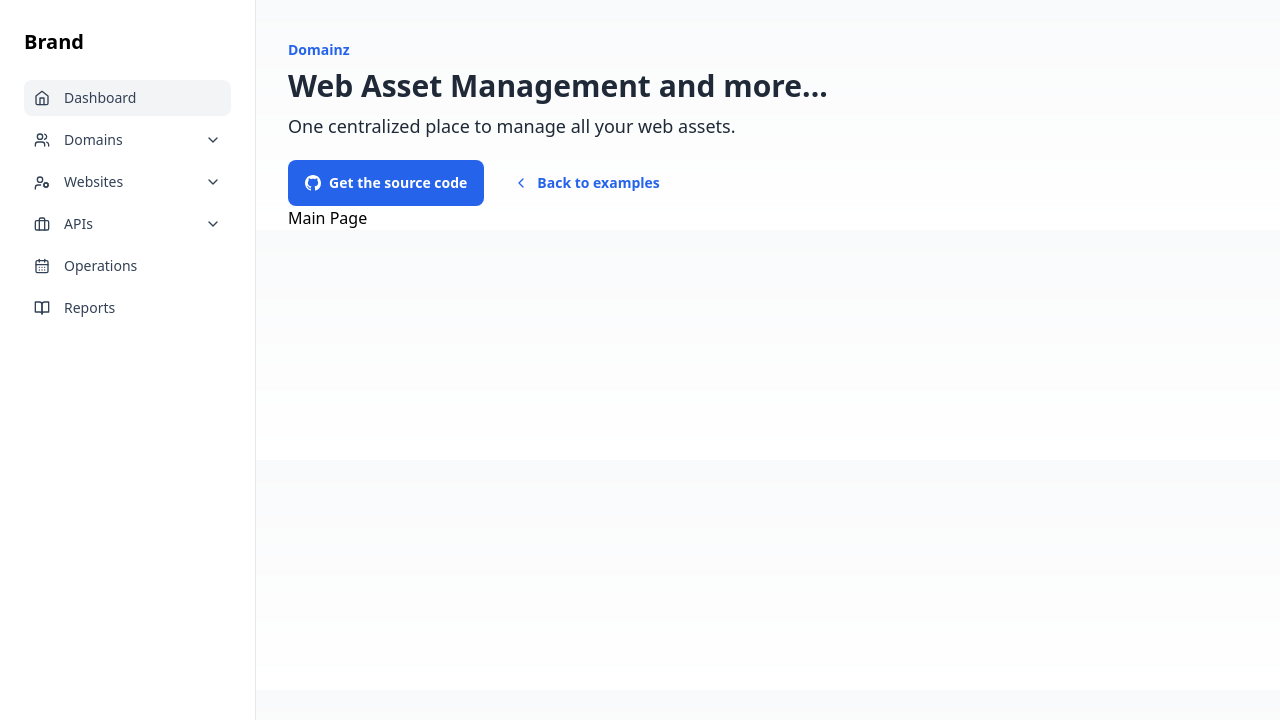
Repository: prodigytutor/my-app
Page: /
An editor plug-in stored every save of this project. The page is shown before and after the next save, followed by the edit.
The browser window is 1280 px wide. The pictures show the whole page.
The project was rebuilt for these pictures with package versions that can differ from the ones it lists, and the page was loaded fresh each time. The framework's server and built-in components were replaced by stand-ins that run in the browser. Also part of the build but not shown: next.config.js.

Above is the page before, as saved 2023-12-07 14:42:23.

### src/app/layout.tsx
import type { Metadata } from 'next'
import { Inter } from 'next/font/google'
import './globals.css'
import Header from '../components/Header.tsx'

const inter = Inter({ subsets: ['latin'] })

export const metadata: Metadata = {
  title: 'Create Next App',
  description: 'Generated by create next app',
}

export default function RootLayout({
  children,
}: {
  children: React.ReactNode
}) {
  return (
    <html lang="en">
      <body className="bg-gray-50 dark:bg-slate-900 {inter.className}">

  <div className="sticky top-0 inset-x-0 z-20 bg-white border-y px-4 sm:px-6 md:px-8 lg:hidden dark:bg-gray-800 dark:border-gray-700">
    <div className="flex items-center py-4">

      <button type="button" className="text-gray-500 hover:text-gray-600" data-hs-overlay="#application-sidebar" aria-controls="application-sidebar" aria-label="Toggle navigation">
        <span className="sr-only">Toggle Navigation</span>
        <svg className="w-5 h-5" width="16" height="16" fill="currentColor" viewBox="0 0 16 16">
          <path fill-rule="evenodd" d="M2.5 12a.5.5 0 0 1 .5-.5h10a.5.5 0 0 1 0 1H3a.5.5 0 0 1-.5-.5zm0-4a.5.5 0 0 1 .5-.5h10a.5.5 0 0 1 0 1H3a.5.5 0 0 1-.5-.5zm0-4a.5.5 0 0 1 .5-.5h10a.5.5 0 0 1 0 1H3a.5.5 0 0 1-.5-.5z"/>
        </svg>
      </button>

      <ol className="ms-3 flex items-center whitespace-nowrap" aria-label="Breadcrumb">
        <li className="flex items-center text-sm text-gray-800 dark:text-gray-400">
          Application Layout
          <svg className="flex-shrink-0 mx-3 overflow-visible h-2.5 w-2.5 text-gray-400 dark:text-gray-600" width="16" height="16" viewBox="0 0 16 16" fill="none" xmlns="http://www.w3.org/2000/svg">
            <path d="M5 1L10.6869 7.16086C10.8637 7.35239 10.8637 7.64761 10.6869 7.83914L5 14" stroke="currentColor" stroke-width="2" stroke-linecap="round"/>
          </svg>
        </li>
        <li className="text-sm font-semibold text-gray-800 truncate dark:text-gray-400" aria-current="page">
          Dashboard
        </li>
      </ol>
    </div>
  </div>


  <div id="application-sidebar" className="hs-overlay hs-overlay-open:translate-x-0 -translate-x-full transition-all duration-300 transform hidden fixed top-0 start-0 bottom-0 z-[60] w-64 bg-white border-e border-gray-200 pt-7 pb-10 overflow-y-auto lg:block lg:translate-x-0 lg:end-auto lg:bottom-0 [&::-webkit-scrollbar]:w-2 [&::-webkit-scrollbar-thumb]:rounded-full [&::-webkit-scrollbar-track]:bg-gray-100 [&::-webkit-scrollbar-thumb]:bg-gray-300 dark:[&::-webkit-scrollbar-track]:bg-slate-700 dark:[&::-webkit-scrollbar-thumb]:bg-slate-500 dark:bg-gray-800 dark:border-gray-700">
    <div className="px-6">
      <a className="flex-none text-xl font-semibold dark:text-white" href="#" aria-label="Brand">Brand</a>
    </div>

    <nav className="hs-accordion-group p-6 w-full flex flex-col flex-wrap" data-hs-accordion-always-open>
      <ul className="space-y-1.5">
        <li>
          <a className="flex items-center gap-x-3.5 py-2 px-2.5 bg-gray-100 text-sm text-slate-700 rounded-lg hover:bg-gray-100 dark:bg-gray-900 dark:text-white dark:focus:outline-none dark:focus:ring-1 dark:focus:ring-gray-600" href="#">
            <svg className="flex-shrink-0 w-4 h-4" xmlns="http://www.w3.org/2000/svg" width="24" height="24" viewBox="0 0 24 24" fill="none" stroke="currentColor" stroke-width="2" stroke-linecap="round" stroke-linejoin="round" ><path d="m3 9 9-7 9 7v11a2 2 0 0 1-2 2H5a2 2 0 0 1-2-2z"/><polyline points="9 22 9 12 15 12 15 22"/></svg>
            Dashboard
          </a>
        </li>

        <li className="hs-accordion" id="users-accordion">
          <button type="button" className="hs-accordion-toggle w-full text-start flex items-center gap-x-3.5 py-2 px-2.5 hs-accordion-active:text-blue-600 hs-accordion-active:hover:bg-transparent text-sm text-slate-700 rounded-lg hover:bg-gray-100 dark:bg-gray-800 dark:hover:bg-gray-900 dark:text-slate-400 dark:hover:text-slate-300 dark:hs-accordion-active:text-white dark:focus:outline-none dark:focus:ring-1 dark:focus:ring-gray-600">
            <svg className="flex-shrink-0 w-4 h-4" xmlns="http://www.w3.org/2000/svg" width="24" height="24" viewBox="0 0 24 24" fill="none" stroke="currentColor" stroke-width="2" stroke-linecap="round" stroke-linejoin="round" ><path d="M16 21v-2a4 4 0 0 0-4-4H6a4 4 0 0 0-4 4v2"/><circle cx="9" cy="7" r="4"/><path d="M22 21v-2a4 4 0 0 0-3-3.87"/><path d="M16 3.13a4 4 0 0 1 0 7.75"/></svg>
            Domains

            <svg className="hs-accordion-active:block ms-auto hidden w-4 h-4" xmlns="http://www.w3.org/2000/svg" width="24" height="24" viewBox="0 0 24 24" fill="none" stroke="currentColor" stroke-width="2" stroke-linecap="round" stroke-linejoin="round"><path d="m18 15-6-6-6 6"/></svg>

            <svg className="hs-accordion-active:hidden ms-auto block w-4 h-4" xmlns="http://www.w3.org/2000/svg" width="24" height="24" viewBox="0 0 24 24" fill="none" stroke="currentColor" stroke-width="2" stroke-linecap="round" stroke-linejoin="round"><path d="m6 9 6 6 6-6"/></svg>
          </button>

          <div id="users-accordion-sub" className="hs-accordion-content w-full overflow-hidden transition-[height] duration-300 hidden">
            <ul className="hs-accordion-group ps-3 pt-2" data-hs-accordion-always-open>
              <li className="hs-accordion" id="users-accordion-sub-1">
                <button type="button" className="hs-accordion-toggle w-full text-start flex items-center gap-x-3.5 py-2 px-2.5 hs-accordion-active:text-blue-600 hs-accordion-active:hover:bg-transparent text-sm text-slate-700 rounded-lg hover:bg-gray-100 dark:bg-gray-800 dark:hover:bg-gray-900 dark:text-slate-400 dark:hover:text-slate-300 dark:hs-accordion-active:text-white dark:focus:outline-none dark:focus:ring-1 dark:focus:ring-gray-600">
                  Add New

                  <svg className="hs-accordion-active:block ms-auto hidden w-4 h-4" xmlns="http://www.w3.org/2000/svg" width="24" height="24" viewBox="0 0 24 24" fill="none" stroke="currentColor" stroke-width="2" stroke-linecap="round" stroke-linejoin="round"><path d="m18 15-6-6-6 6"/></svg>

                  <svg className="hs-accordion-active:hidden ms-auto block w-4 h-4" xmlns="http://www.w3.org/2000/svg" width="24" height="24" viewBox="0 0 24 24" fill="none" stroke="currentColor" stroke-width="2" stroke-linecap="round" stroke-linejoin="round"><path d="m6 9 6 6 6-6"/></svg>
                </button>

                <div id="users-accordion-sub-1-child" className="hs-accordion-content w-full overflow-hidden transition-[height] duration-300 hidden">
                  <ul className="pt-2 ps-2">
                    <li>
                      <a className="flex items-center gap-x-3.5 py-2 px-2.5 text-sm text-slate-700 rounded-lg hover:bg-gray-100 dark:bg-gray-800 dark:text-slate-400 dark:hover:text-slate-300 dark:focus:outline-none dark:focus:ring-1 dark:focus:ring-gray-600" href="#">
                        Link 1
                      </a>
                    </li>
                    <li>
                      <a className="flex items-center gap-x-3.5 py-2 px-2.5 text-sm text-slate-700 rounded-lg hover:bg-gray-100 dark:bg-gray-800 dark:text-slate-400 dark:hover:text-slate-300 dark:focus:outline-none dark:focus:ring-1 dark:focus:ring-gray-600" href="#">
                        Link 2
                      </a>
                    </li>
                    <li>
                      <a className="flex items-center gap-x-3.5 py-2 px-2.5 text-sm text-slate-700 rounded-lg hover:bg-gray-100 dark:bg-gray-800 dark:text-slate-400 dark:hover:text-slate-300 dark:focus:outline-none dark:focus:ring-1 dark:focus:ring-gray-600" href="#">
                        Link 3
                      </a>
                    </li>
                  </ul>
                </div>
              </li>
              <li className="hs-accordion" id="users-accordion-sub-2">
                <button type="button" className="hs-accordion-toggle w-full text-start flex items-center gap-x-3.5 py-2 px-2.5 hs-accordion-active:text-blue-600 hs-accordion-active:hover:bg-transparent text-sm text-slate-700 rounded-lg hover:bg-gray-100 dark:bg-gray-800 dark:hover:bg-gray-900 dark:text-slate-400 dark:hover:text-slate-300 dark:hs-accordion-active:text-white dark:focus:outline-none dark:focus:ring-1 dark:focus:ring-gray-600">
                  Tools

                  <svg className="hs-accordion-active:block ms-auto hidden w-4 h-4" xmlns="http://www.w3.org/2000/svg" width="24" height="24" viewBox="0 0 24 24" fill="none" stroke="currentColor" stroke-width="2" stroke-linecap="round" stroke-linejoin="round"><path d="m18 15-6-6-6 6"/></svg>

                  <svg className="hs-accordion-active:hidden ms-auto block w-4 h-4" xmlns="http://www.w3.org/2000/svg" width="24" height="24" viewBox="0 0 24 24" fill="none" stroke="currentColor" stroke-width="2" stroke-linecap="round" stroke-linejoin="round"><path d="m6 9 6 6 6-6"/></svg>
                </button>

                <div id="users-accordion-sub-2-child" className="hs-accordion-content w-full overflow-hidden transition-[height] duration-300 hidden ps-2">
                  <ul className="pt-2 ps-2">
                    <li>
                      <a className="flex items-center gap-x-3.5 py-2 px-2.5 text-sm text-slate-700 rounded-lg hover:bg-gray-100 dark:bg-gray-800 dark:text-slate-400 dark:hover:text-slate-300 dark:focus:outline-none dark:focus:ring-1 dark:focus:ring-gray-600" href="#">
                        Link 1
                      </a>
                    </li>
                    <li>
                      <a className="flex items-center gap-x-3.5 py-2 px-2.5 text-sm text-slate-700 rounded-lg hover:bg-gray-100 dark:bg-gray-800 dark:text-slate-400 dark:hover:text-slate-300 dark:focus:outline-none dark:focus:ring-1 dark:focus:ring-gray-600" href="#">
                        Link 2
                      </a>
                    </li>
                    <li>
                      <a className="flex items-center gap-x-3.5 py-2 px-2.5 text-sm text-slate-700 rounded-lg hover:bg-gray-100 dark:bg-gray-800 dark:text-slate-400 dark:hover:text-slate-300 dark:focus:outline-none dark:focus:ring-1 dark:focus:ring-gray-600" href="#">
                        Link 3
                      </a>
                    </li>
                  </ul>
                </div>
              </li>
            </ul>
          </div>
        </li>

        <li className="hs-accordion" id="account-accordion">
          <button type="button" className="hs-accordion-toggle w-full text-start flex items-center gap-x-3.5 py-2 px-2.5 hs-accordion-active:text-blue-600 hs-accordion-active:hover:bg-transparent text-sm text-slate-700 rounded-lg hover:bg-gray-100 dark:bg-gray-800 dark:hover:bg-gray-900 dark:text-slate-400 dark:hover:text-slate-300 dark:hs-accordion-active:text-white dark:focus:outline-none dark:focus:ring-1 dark:focus:ring-gray-600">
            <svg className="flex-shrink-0 mt-0.5 w-4 h-4" xmlns="http://www.w3.org/2000/svg" width="24" height="24" viewBox="0 0 24 24" fill="none" stroke="currentColor" stroke-width="2" stroke-linecap="round" stroke-linejoin="round"><circle cx="18" cy="15" r="3"/><circle cx="9" cy="7" r="4"/><path d="M10 15H6a4 4 0 0 0-4 4v2"/><path d="m21.7 16.4-.9-.3"/><path d="m15.2 13.9-.9-.3"/><path d="m16.6 18.7.3-.9"/><path d="m19.1 12.2.3-.9"/><path d="m19.6 18.7-.4-1"/><path d="m16.8 12.3-.4-1"/><path d="m14.3 16.6 1-.4"/><path d="m20.7 13.8 1-.4"/></svg>
            Websites

            <svg className="hs-accordion-active:block ms-auto hidden w-4 h-4" xmlns="http://www.w3.org/2000/svg" width="24" height="24" viewBox="0 0 24 24" fill="none" stroke="currentColor" stroke-width="2" stroke-linecap="round" stroke-linejoin="round"><path d="m18 15-6-6-6 6"/></svg>

            <svg className="hs-accordion-active:hidden ms-auto block w-4 h-4" xmlns="http://www.w3.org/2000/svg" width="24" height="24" viewBox="0 0 24 24" fill="none" stroke="currentColor" stroke-width="2" stroke-linecap="round" stroke-linejoin="round"><path d="m6 9 6 6 6-6"/></svg>
          </button>

          <div id="account-accordion-sub" className="hs-accordion-content w-full overflow-hidden transition-[height] duration-300 hidden">
            <ul className="pt-2 ps-2">
              <li>
                <a className="flex items-center gap-x-3.5 py-2 px-2.5 text-sm text-slate-700 rounded-lg hover:bg-gray-100 dark:bg-gray-800 dark:text-slate-400 dark:hover:text-slate-300 dark:focus:outline-none dark:focus:ring-1 dark:focus:ring-gray-600" href="#">
                  Link 1
                </a>
              </li>
              <li>
                <a className="flex items-center gap-x-3.5 py-2 px-2.5 text-sm text-slate-700 rounded-lg hover:bg-gray-100 dark:bg-gray-800 dark:text-slate-400 dark:hover:text-slate-300 dark:focus:outline-none dark:focus:ring-1 dark:focus:ring-gray-600" href="#">
                  Link 2
                </a>
              </li>
              <li>
                <a className="flex items-center gap-x-3.5 py-2 px-2.5 text-sm text-slate-700 rounded-lg hover:bg-gray-100 dark:bg-gray-800 dark:text-slate-400 dark:hover:text-slate-300 dark:focus:outline-none dark:focus:ring-1 dark:focus:ring-gray-600" href="#">
                  Link 3
                </a>
              </li>
            </ul>
          </div>
        </li>

        <li className="hs-accordion" id="projects-accordion">
          <button type="button" className="hs-accordion-toggle w-full text-start flex items-center gap-x-3.5 py-2 px-2.5 hs-accordion-active:text-blue-600 hs-accordion-active:hover:bg-transparent text-sm text-slate-700 rounded-lg hover:bg-gray-100 dark:bg-gray-800 dark:hover:bg-gray-900 dark:text-slate-400 dark:hover:text-slate-300 dark:hs-accordion-active:text-white dark:focus:outline-none dark:focus:ring-1 dark:focus:ring-gray-600">
            <svg className="flex-shrink-0 w-4 h-4" xmlns="http://www.w3.org/2000/svg" width="24" height="24" viewBox="0 0 24 24" fill="none" stroke="currentColor" stroke-width="2" stroke-linecap="round" stroke-linejoin="round"><rect width="20" height="14" x="2" y="7" rx="2" ry="2"/><path d="M16 21V5a2 2 0 0 0-2-2h-4a2 2 0 0 0-2 2v16"/></svg>
            APIs

            <svg className="hs-accordion-active:block ms-auto hidden w-4 h-4" xmlns="http://www.w3.org/2000/svg" width="24" height="24" viewBox="0 0 24 24" fill="none" stroke="currentColor" stroke-width="2" stroke-linecap="round" stroke-linejoin="round"><path d="m18 15-6-6-6 6"/></svg>

            <svg className="hs-accordion-active:hidden ms-auto block w-4 h-4" xmlns="http://www.w3.org/2000/svg" width="24" height="24" viewBox="0 0 24 24" fill="none" stroke="currentColor" stroke-width="2" stroke-linecap="round" stroke-linejoin="round"><path d="m6 9 6 6 6-6"/></svg>
          </button>

          <div id="projects-accordion-sub" className="hs-accordion-content w-full overflow-hidden transition-[height] duration-300 hidden">
            <ul className="pt-2 ps-2">
              <li>
                <a className="flex items-center gap-x-3.5 py-2 px-2.5 text-sm text-slate-700 rounded-lg hover:bg-gray-100 dark:bg-gray-800 dark:text-slate-400 dark:hover:text-slate-300 dark:focus:outline-none dark:focus:ring-1 dark:focus:ring-gray-600" href="#">
                  Link 1
                </a>
              </li>
              <li>
                <a className="flex items-center gap-x-3.5 py-2 px-2.5 text-sm text-slate-700 rounded-lg hover:bg-gray-100 dark:bg-gray-800 dark:text-slate-400 dark:hover:text-slate-300 dark:focus:outline-none dark:focus:ring-1 dark:focus:ring-gray-600" href="#">
                  Link 2
                </a>
              </li>
              <li>
                <a className="flex items-center gap-x-3.5 py-2 px-2.5 text-sm text-slate-700 rounded-lg hover:bg-gray-100 dark:bg-gray-800 dark:text-slate-400 dark:hover:text-slate-300 dark:focus:outline-none dark:focus:ring-1 dark:focus:ring-gray-600" href="#">
                  Link 3
                </a>
              </li>
            </ul>
          </div>
        </li>

        <li><a className="w-full flex items-center gap-x-3.5 py-2 px-2.5 text-sm text-slate-700 rounded-lg hover:bg-gray-100 dark:hover:bg-gray-900 dark:text-slate-400 dark:hover:text-slate-300 dark:focus:outline-none dark:focus:ring-1 dark:focus:ring-gray-600" href="#">
          <svg className="flex-shrink-0 w-4 h-4" xmlns="http://www.w3.org/2000/svg" width="24" height="24" viewBox="0 0 24 24" fill="none" stroke="currentColor" stroke-width="2" stroke-linecap="round" stroke-linejoin="round"><rect width="18" height="18" x="3" y="4" rx="2" ry="2"/><line x1="16" x2="16" y1="2" y2="6"/><line x1="8" x2="8" y1="2" y2="6"/><line x1="3" x2="21" y1="10" y2="10"/><path d="M8 14h.01"/><path d="M12 14h.01"/><path d="M16 14h.01"/><path d="M8 18h.01"/><path d="M12 18h.01"/><path d="M16 18h.01"/></svg>
          Operations
        </a></li>
        <li><a className="w-full flex items-center gap-x-3.5 py-2 px-2.5 text-sm text-slate-700 rounded-lg hover:bg-gray-100 dark:hover:bg-gray-900 dark:text-slate-400 dark:hover:text-slate-300 dark:focus:outline-none dark:focus:ring-1 dark:focus:ring-gray-600" href="#">
          <svg className="flex-shrink-0 w-4 h-4" xmlns="http://www.w3.org/2000/svg" width="24" height="24" viewBox="0 0 24 24" fill="none" stroke="currentColor" stroke-width="2" stroke-linecap="round" stroke-linejoin="round"><path d="M2 3h6a4 4 0 0 1 4 4v14a3 3 0 0 0-3-3H2z"/><path d="M22 3h-6a4 4 0 0 0-4 4v14a3 3 0 0 1 3-3h7z"/></svg>
          Reports
        </a></li>
      </ul>
    </nav>
  </div>
  <div className="w-full pt-10 px-4 sm:px-6 md:px-8 lg:ps-72">
    <Header />
    {children}
  </div>
  <div>

  </div>
</body>
</html>
  )
}

### src/app/page.tsx
import Image from 'next/image'

export default function Home() {
  return (
    <main>
    <p>Main Page</p>
    </main>
   )
}

### src/components/Header.tsx
import * as React from 'react';

export interface IAppProps {
    title: string,
    body: string
}

const header: React.FC<IAppProps> = () => {
    return (
        <header>
        <p className="mb-2 text-sm font-semibold text-blue-600">Domainz</p>
        <h1 className="block text-2xl font-bold text-gray-800 sm:text-3xl dark:text-white">Web Asset Management and more...</h1>
        <p className="mt-2 text-lg text-gray-800 dark:text-gray-400">One centralized place to manage all your web assets.</p>
        <div className="mt-5 flex flex-col items-center gap-2 sm:flex-row sm:gap-3">
          <a className="w-full sm:w-auto py-3 px-4 inline-flex justify-center items-center gap-x-2 text-sm font-semibold rounded-lg border border-transparent bg-blue-600 text-white hover:bg-blue-700 disabled:opacity-50 disabled:pointer-events-none dark:focus:outline-none dark:focus:ring-1 dark:focus:ring-gray-600" href="https://github.com/htmlstreamofficial/preline/tree/main/examples/html" target="_blank">
            <svg className="flex-shrink-0 w-4 h-4" xmlns="http://www.w3.org/2000/svg" width="16" height="16" fill="currentColor" viewBox="0 0 16 16">
              <path d="M8 0C3.58 0 0 3.58 0 8c0 3.54 2.29 6.53 5.47 7.59.4.07.55-.17.55-.38 0-.19-.01-.82-.01-1.49-2.01.37-2.53-.49-2.69-.94-.09-.23-.48-.94-.82-1.13-.28-.15-.68-.52-.01-.53.63-.01 1.08.58 1.23.82.72 1.21 1.87.87 2.33.66.07-.52.28-.87.51-1.07-1.78-.2-3.64-.89-3.64-3.95 0-.87.31-1.59.82-2.15-.08-.2-.36-1.02.08-2.12 0 0 .67-.21 2.2.82.64-.18 1.32-.27 2-.27.68 0 1.36.09 2 .27 1.53-1.04 2.2-.82 2.2-.82.44 1.1.16 1.92.08 2.12.51.56.82 1.27.82 2.15 0 3.07-1.87 3.75-3.65 3.95.29.25.54.73.54 1.48 0 1.07-.01 1.93-.01 2.2 0 .21.15.46.55.38A8.012 8.012 0 0 0 16 8c0-4.42-3.58-8-8-8z"/>
            </svg>
            Get the source code
          </a>
          <a className="w-full sm:w-auto py-3 px-4 inline-flex justify-center items-center gap-x-2 text-sm font-semibold rounded-lg border border-transparent text-blue-600 hover:text-blue-800 disabled:opacity-50 disabled:pointer-events-none dark:text-blue-500 dark:hover:text-blue-400 dark:focus:outline-none dark:focus:ring-1 dark:focus:ring-gray-600" href="../examples.html">
            <svg className="flex-shrink-0 w-4 h-4" xmlns="http://www.w3.org/2000/svg" width="24" height="24" viewBox="0 0 24 24" fill="none" stroke="currentColor" stroke-width="2" stroke-linecap="round" stroke-linejoin="round"><path d="m15 18-6-6 6-6"/></svg>
            Back to examples
          </a>
        </div>
      </header>
    );
  }

export default header;

Loaded but not shown: src/app/globals.css (common file); tailwind.config.ts (common file)

After the next save:
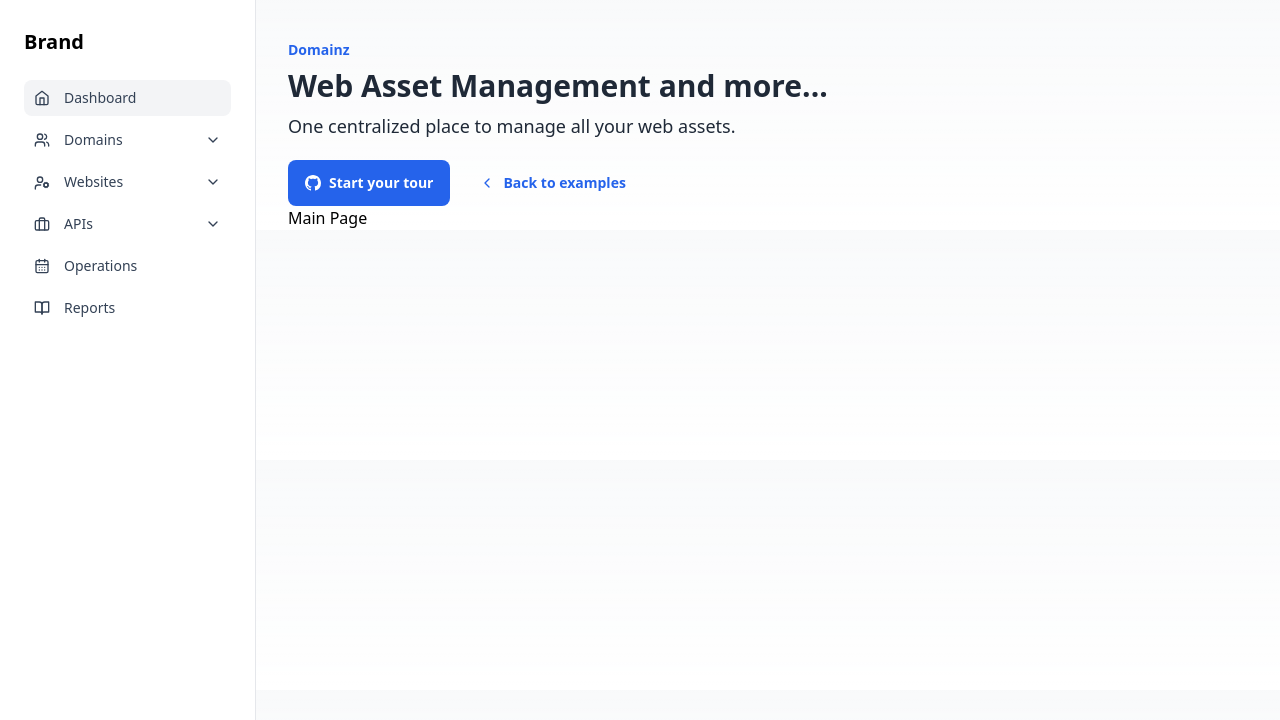
Saved 2 min 7 s later.
--- a/src/components/Header.tsx
+++ b/src/components/Header.tsx
@@ -16,7 +16,7 @@ const header: React.FC<IAppProps> = () => {
             <svg className="flex-shrink-0 w-4 h-4" xmlns="http://www.w3.org/2000/svg" width="16" height="16" fill="currentColor" viewBox="0 0 16 16">
               <path d="M8 0C3.58 0 0 3.58 0 8c0 3.54 2.29 6.53 5.47 7.59.4.07.55-.17.55-.38 0-.19-.01-.82-.01-1.49-2.01.37-2.53-.49-2.69-.94-.09-.23-.48-.94-.82-1.13-.28-.15-.68-.52-.01-.53.63-.01 1.08.58 1.23.82.72 1.21 1.87.87 2.33.66.07-.52.28-.87.51-1.07-1.78-.2-3.64-.89-3.64-3.95 0-.87.31-1.59.82-2.15-.08-.2-.36-1.02.08-2.12 0 0 .67-.21 2.2.82.64-.18 1.32-.27 2-.27.68 0 1.36.09 2 .27 1.53-1.04 2.2-.82 2.2-.82.44 1.1.16 1.92.08 2.12.51.56.82 1.27.82 2.15 0 3.07-1.87 3.75-3.65 3.95.29.25.54.73.54 1.48 0 1.07-.01 1.93-.01 2.2 0 .21.15.46.55.38A8.012 8.012 0 0 0 16 8c0-4.42-3.58-8-8-8z"/>
             </svg>
-            Get the source code
+            Start your tour
           </a>
           <a className="w-full sm:w-auto py-3 px-4 inline-flex justify-center items-center gap-x-2 text-sm font-semibold rounded-lg border border-transparent text-blue-600 hover:text-blue-800 disabled:opacity-50 disabled:pointer-events-none dark:text-blue-500 dark:hover:text-blue-400 dark:focus:outline-none dark:focus:ring-1 dark:focus:ring-gray-600" href="../examples.html">
             <svg className="flex-shrink-0 w-4 h-4" xmlns="http://www.w3.org/2000/svg" width="24" height="24" viewBox="0 0 24 24" fill="none" stroke="currentColor" stroke-width="2" stroke-linecap="round" stroke-linejoin="round"><path d="m15 18-6-6 6-6"/></svg>
